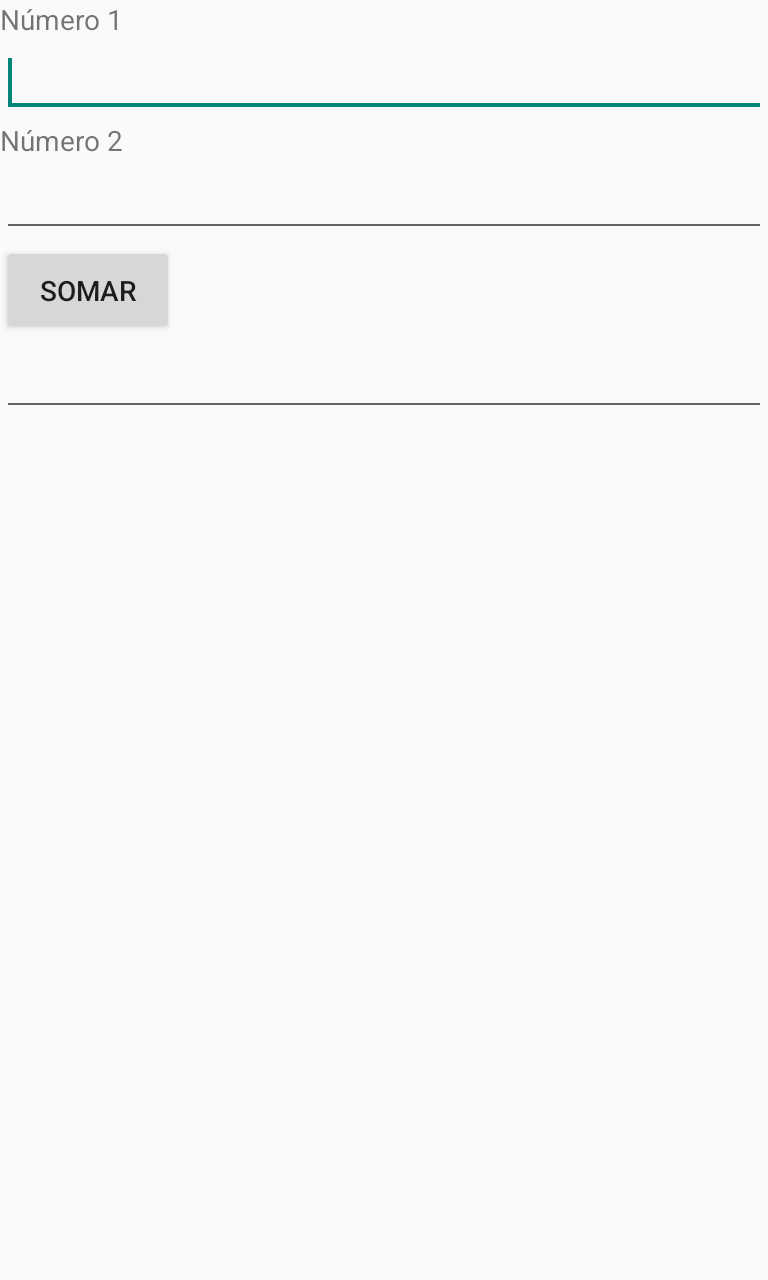
Repository: Rennanxp2/Android_Exercices_done
Layout: Exercícios Android/Ex1/res/layout/activity_soma.xml
An editor plug-in stored every save of this project. The layout is shown before and after the next save, followed by the edit.
It is drawn on a 768 x 1280 px phone screen (xhdpi) without system bars, with theme AppTheme; the app's code is not run.

Above is the layout before, as saved 2017-09-08 23:33:05.

After the next save:
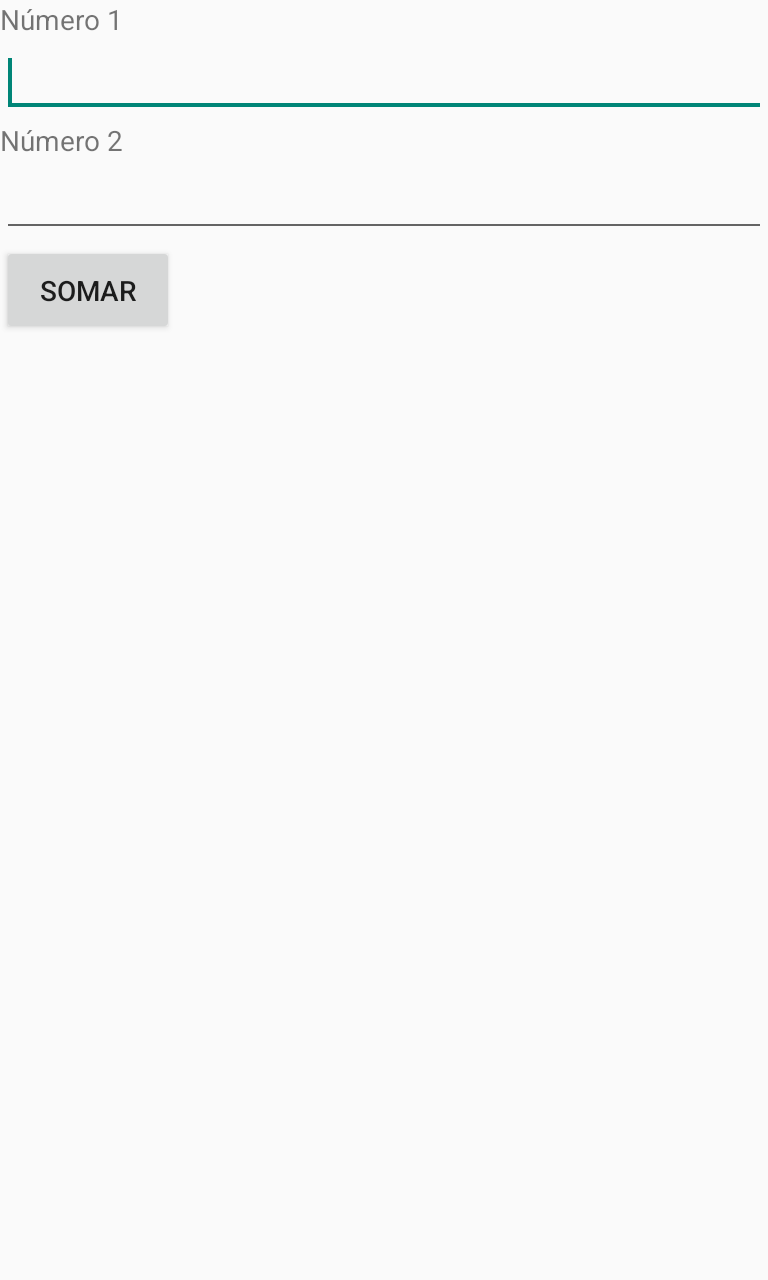
Saved 12 min 35 s later.
--- a/Exercícios Android/Ex1/res/layout/activity_soma.xml
+++ b/Exercícios Android/Ex1/res/layout/activity_soma.xml
@@ -37,10 +37,11 @@
         android:layout_height="wrap_content"
         android:text="Somar" />
 
-    <EditText
+    <TextView
         android:id="@+id/txtResultado"
-        android:layout_width="match_parent"
+        android:layout_width="wrap_content"
         android:layout_height="wrap_content"
-        android:ems="10" />
+        android:text=""
+        android:textAppearance="?android:attr/textAppearanceSmall" />
 
 </LinearLayout>
